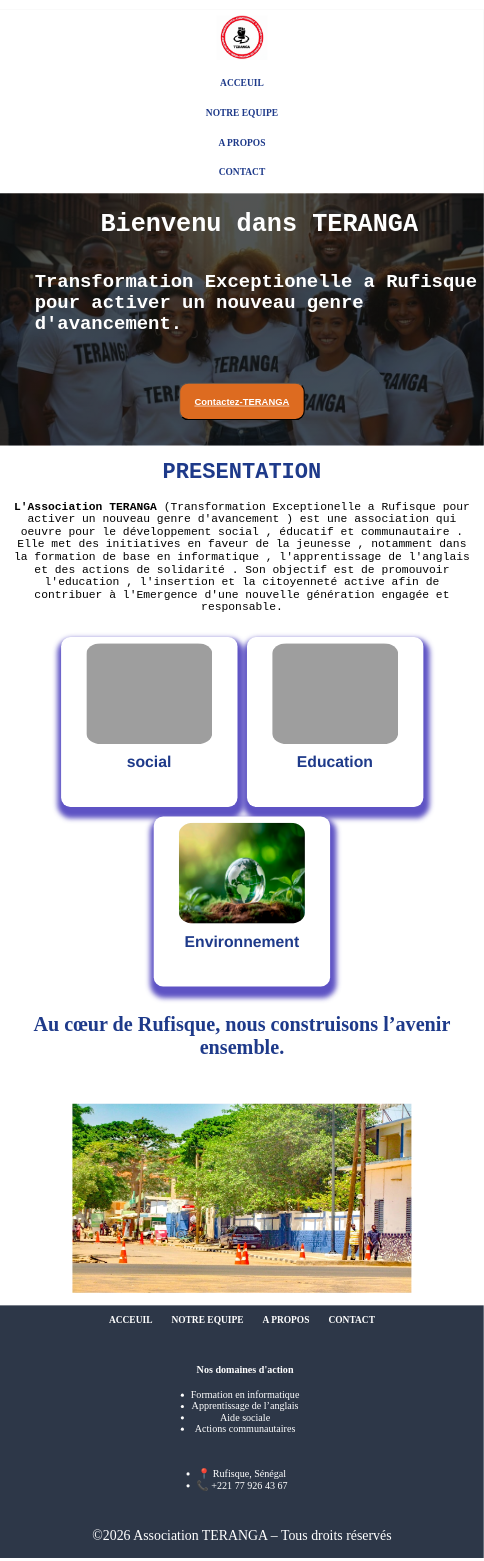
Repository: assanendao171/projet-teranga
Page: acceuil.html
These files come from the project's save history. The page is drawn as it stood at one moment and after a run of saves; the edit follows.
The browser window is 768 px wide. The pictures show the whole page, at 63% of full size.
Pictures or frames that could not be fetched are drawn as grey boxes.

Above is the page before, as saved 2026-02-13 13:18:52.

### acceuil.html
<!doctype html>
<html lang="en">
  <head>
    <meta charset="UTF-8" />
    <meta name="viewport" content="width=device-width, initial-scale=1.0" />
    <title>Document</title>
    <link rel="stylesheet" href="acceuil.css" />
  </head>
  <body>
    <!-- l'entete -->
    <header>
      <!-- logo -->
       <div class="contain-logo">
      <img src="image/logo.jpeg" alt="" class="logo" />
      </div>
      <div class="btn-nav">
        <nav>
          <a href="acceuil.html" target="_blank">ACCEUIL</a>
          <a href="equipe.html" target="_blank">NOTRE EQUIPE</a>
          <a href="propos.html" target="_blank">A PROPOS</a>
          <a href="contact.html" target="_blank">CONTACT</a>

        </nav>
      </div>
    </header>
    <!-- le hero -->
    <div class="hero">
      <div class="texte-accrosse">
        <h1>Bienvenu dans TERANGA</h1>
        <h2>
          Transformation Exceptionelle a Rufisque pour activer un nouveau genre
          d'avancement.
        </h2>
      </div>
      <!-- btn-hero -->
      <div class="btn">
        <button class="btn-hero">
          <a href="contact.html" target="_blank">Contactez-TERANGA</a>
        </button>
      </div>
    </div>
    <!-- le corps -->
    <main>
      <h1 id="h-presentation">PRESENTATION</h1>
      <p id="p-presentation">
        <strong>L'Association TERANGA </strong> (Transformation Exceptionelle a
        Rufisque pour activer un nouveau genre d'avancement ) est une
        association qui oeuvre pour le développement social , éducatif et
        communautaire . Elle met des initiatives en faveur de la jeunesse ,
        notamment dans la formation de base en informatique , l'apprentissage de
        l'anglais et des actions de solidarité . Son objectif est de promouvoir
        l'education , l'insertion et la citoyenneté active afin de contribuer à
        l'Emergence d'une nouvelle génération engagée et responsable.
      </p>
      <div class="contain-image">
        <div class="image1">
          <img
            src="image/aidesocial.jpg"
            alt="aide social"
            class="image-aide" />
          <span id="texte-aide-social"> social</span>
        </div>
        <!-- ____________________ -->
        <div class="image1">
          <img src="image/education.jpg" alt="education" class="image-aide" />
          <span id="texte-aide-social">Education</span>
        </div>
        <!-- ___________________________________ -->
        <div class="image1">
          <img
            src="image/environnement.jpg"
            alt="environnement"
            class="image-aide" />
          <span id="texte-aide-social">Environnement</span>
        </div>
      </div>
      <div id="titre-finale">
        <h1>Au cœur de Rufisque, nous construisons l’avenir ensemble.</h1>
      </div>
      <div id="lastphoto">
        <img
          src="image/lastphoto.jpeg"
          alt="image rufisque"
          class="lastphoto" />
      </div>
    </main>
    <!-- le pieds -->
    <footer>
      <div class="bloc-footer">
      <nav class="btn-footer">
        <a href="acceuil.html" target="_blank">ACCEUIL</a>
        <a href="equipe.html" target="_blank">NOTRE EQUIPE</a>
        <a href="propos.html" target="_blank">A PROPOS</a>
        <a href="contact.html" target="_blank">CONTACT</a>

      </nav>
      <div class="contain-footer">
        <div class="liste-footer">
          <h4>Nos domaines d'action</h4>
          <ul>
            <li>Formation en informatique</li>
            <li>Apprentissage de l’anglais</li>
            <li>Aide sociale</li>
            <li>Actions communautaires</li>
          </ul>
        </div>

        <div class="contact">
          <ul>
            <li>📍 Rufisque, Sénégal</li>
            <li>📞 +221 77 926 43 67</li>
          </ul>
        </div>
                <div class="copyright">
          <p>&copy;2026 Association TERANGA – Tous droits réservés</p>
        </div>
      </div>
      </div>
    </footer>
  </body>
</html>

### acceuil.css
body {
  margin: 15px 0 5px 0;
}
header {
  width: 100%;
  height: 80px;
  background-color: #ffffff;
  box-shadow: 2px 6px 6px 6px rgba(0, 0, 0, 0.1);
  display: flex;
  align-items: center;
  justify-content: center;
  gap: 800px;
}
nav a {
  margin: 15px;
  color: #1e3a8a;
  text-decoration: none;
  font-size: 15px;
  font-weight: 900;
}
nav a:hover {
  text-decoration: underline;
}
.logo {
  width: 80px;
  left: 10px;
}
.hero {
  width: 100%;
  height: 600px;
  background-image:
    linear-gradient(rgba(0, 0, 0, 0.6), rgba(0, 0, 0, 0.6)),
    url("image/background.jpeg");
  background-size: cover;
  background-position: top;
  background-repeat: no-repeat;
}
.texte-accrosse {
  display: flex;
  flex-direction: column;
  justify-content: center;
  align-items: center;
  color: rgb(255, 255, 255);
  font-size: 35px;
  font-family: "Courier New", Courier, monospace;
  margin-left: 55px;
}
.btn-hero {
  width: 200px;
  height: 60px;
  border-radius: 15px;
  background-color: #dd6b20;
  font-size: 15px;
  font-weight: 600;
  color: #ffffff;
}
.btn-hero a {
  color: #ffffff;
}
.btn {
  padding: 50px;
  display: flex;
  flex-direction: column;
  justify-content: center;
  align-items: center;
}
#h-presentation {
  color: #1e3a8a;

  text-align: center;
  font-size: 35px;
  font-family: "Courier New", Courier, monospace;
}
#p-presentation {
  text-align: center;
  font-size: 18px;
  font-family: "Courier New", Courier, monospace;
  margin: 5px;
}
.contain-image {
  padding-top: 30px;
  display: flex;
  gap: 35px;
  text-align: center;
  justify-content: center;
  align-items: center;
}
.image1 {
  width: 300px;
  height: 310px;
  text-align: center;
  background-color: rgb(255, 255, 255);
  border-radius: 15px;
  box-shadow: 2px 10px 8px 8px rgba(49, 34, 180, 0.781);
  color: #1e3a8a;
}
.image-aide {
  width: 240px;
  height: 200px;
  padding: 20px;
  border-radius: 15%;
}
.image-aide:hover {
  transition: 0.5s;
  transform: scale(1.1);
}
#texte-aide-social {
  font-size: 25px;
  font-weight: bold;
  font-family: "Franklin Gothic Medium", "Arial Narrow", Arial, sans-serif;
}
.lastphoto {
  padding-top: 50px;
  width: 70%;
  height: 350px;
}
#lastphoto {
  display: flex;
  flex-direction: column;
  justify-content: center;
  align-items: center;
}
#titre-finale {
  display: flex;
  flex-direction: column;
  justify-content: center;
  align-items: center;
  padding-top: 20px;
  color: #1e3a8a;
}
footer {
  background-color: #2d3748;
  width: 100%;
  height: 230px;
  margin-top: 20px;
}
.btn-footer {
  display: flex;
  flex-direction: row;
  justify-content: center;
}
.btn-footer a {
  padding: px;
  color: #ffffff;
  margin: 10x;
  font-size: 15px;
}
.liste-footer {
  margin-left: 10px;
  color: #ffffff;
}
.contact {
  display: flex;
  flex-direction: row;
  justify-content: flex-end;
  color: #ffffff;
}
.contain-footer {
  display: flex;
  flex-direction: row;
  justify-content: space-between;
}
.copyright {
  color: #ffffff;
  font-size: 22px;
  display: flex;
  flex-direction: column;
  justify-content: flex-end;
}

/* mediaquery pour mobile*/
@media screen and (max-width: 768px) {
  * {
    box-sizing: border-box;
  }
  html,
  body {
    width: 100%;
    overflow-x: hidden;
  }
  header {
    width: 100%;
    height: auto;
    background-color: #ffffff;
    box-shadow: 2px 6px 6px 6px rgba(0, 0, 0, 0.1);
    gap: 10px;
    display: flex;
    flex-direction: column;
    justify-content: space-between;
    align-items: center;
    padding: 10px 20px;
  }

  nav {
    display: flex;
    flex-direction: column;
    justify-content: center;
    align-items: center;
  }
  nav a {
    margin: 15px;
    color: #1e3a8a;
    text-decoration: none;
    font-size: 15px;
    font-weight: 900;
  }
  nav a:hover {
    text-decoration: underline;
  }
.hero {
  width: 100%;
  height: 400px;
  background-image:
    linear-gradient(rgba(0, 0, 0, 0.6), rgba(0, 0, 0, 0.6)),
    url("image/background.jpeg");
  background-size: cover;
  background-position: top;
  background-repeat: no-repeat;
}
.texte-accrosse {
  display: flex;
  flex-direction: column;
  justify-content: center;
  align-items: center;
  color: rgb(255, 255, 255);
  font-size: 20px;
  font-family: "Courier New", Courier, monospace;
  margin-left: 55px;
}
#p-presentation {
  text-align: center;
  font-size: 18px;
  font-family: "Courier New", Courier, monospace;
  margin: 12px;
}
.contain-image {
  padding-top: 25px;
  display: flex;
  flex-wrap: wrap;
  gap: 15px;
  text-align: center;
  justify-content: center;
  align-items: center;
}
.image1 {
  width: 280px;
  height: 270px;
  text-align: center;
  background-color: rgb(255, 255, 255);
  border-radius: 15px;
  box-shadow: 2px 10px 8px 8px rgba(49, 34, 180, 0.781);
  color: #1e3a8a;
}
.image-aide {
  width: 220px;
  height: 180px;
  padding: 10px;
  border-radius: 15%;
  text-align: center;
}
#titre-finale {
text-align: center;
  padding-top: 20px;
  color: #1e3a8a;
}
footer {
    display: flex;
  background-color: #2d3748;
  width: 100%;
  height: auto;
  margin-top: 20px;
  flex-direction: column;
  justify-content: center;
  align-items: center;
}
.contain-footer{
    display: flex;
    flex-direction: column;
    align-items: center;
    gap: 20px;
}

.bloc-footer{
    display: flex;
    flex-direction: column;
    align-items: center;
    text-align: center;
    gap: 25px;

}
.liste-footer ul,
.contact ul{
    padding: 0;
}

}

After the next 2 saves:
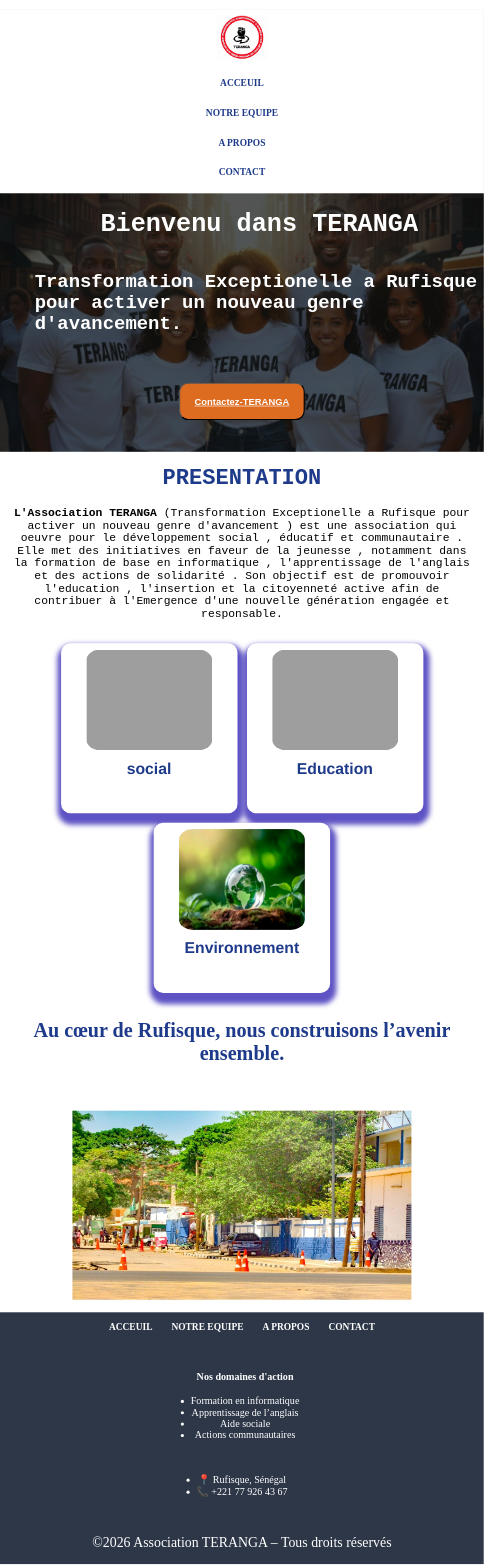
The 2 saves are shown as one change because they came seconds apart.
The last was saved 62 s later.
--- a/acceuil.css
+++ b/acceuil.css
@@ -209,7 +209,7 @@ footer {
   }
 .hero {
   width: 100%;
-  height: 400px;
+  height: auto;
   background-image:
     linear-gradient(rgba(0, 0, 0, 0.6), rgba(0, 0, 0, 0.6)),
     url("image/background.jpeg");
